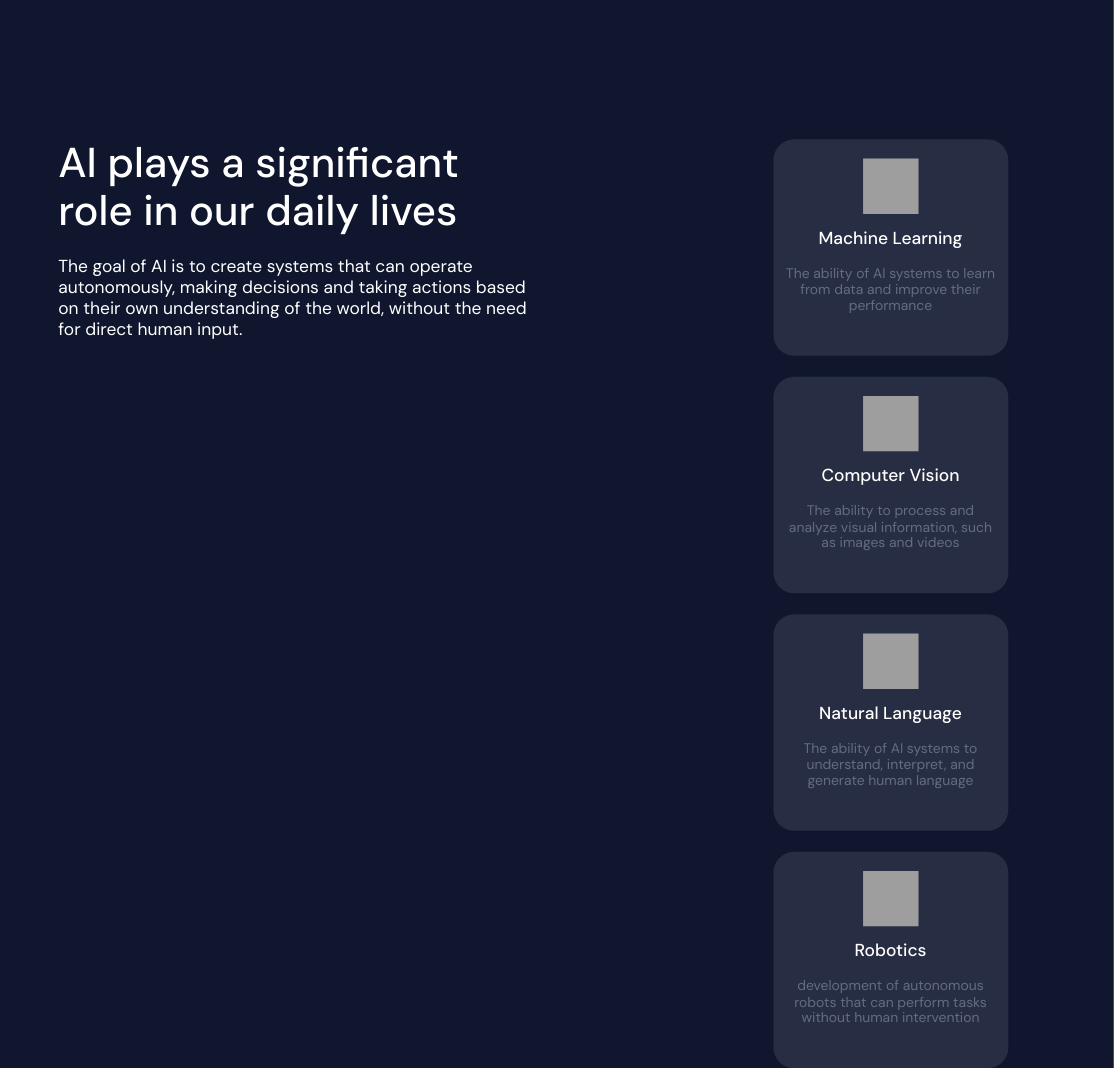
Repository: guli95/four-areas-of-AI-INVO-ACAdemy
Page: /
An editor plug-in stored every save of this project. The page is shown before and after a run of saves, followed by the edit.
The browser window is 1280 px wide. The pictures show the whole page, at 87% of full size.
Pictures or frames that could not be fetched are drawn as grey boxes. The project was rebuilt for these pictures with package versions that can differ from the ones it lists, and the page was loaded fresh each time.

Above is the page before, as saved 2023-03-13 15:46:10.

After the next 2 saves:
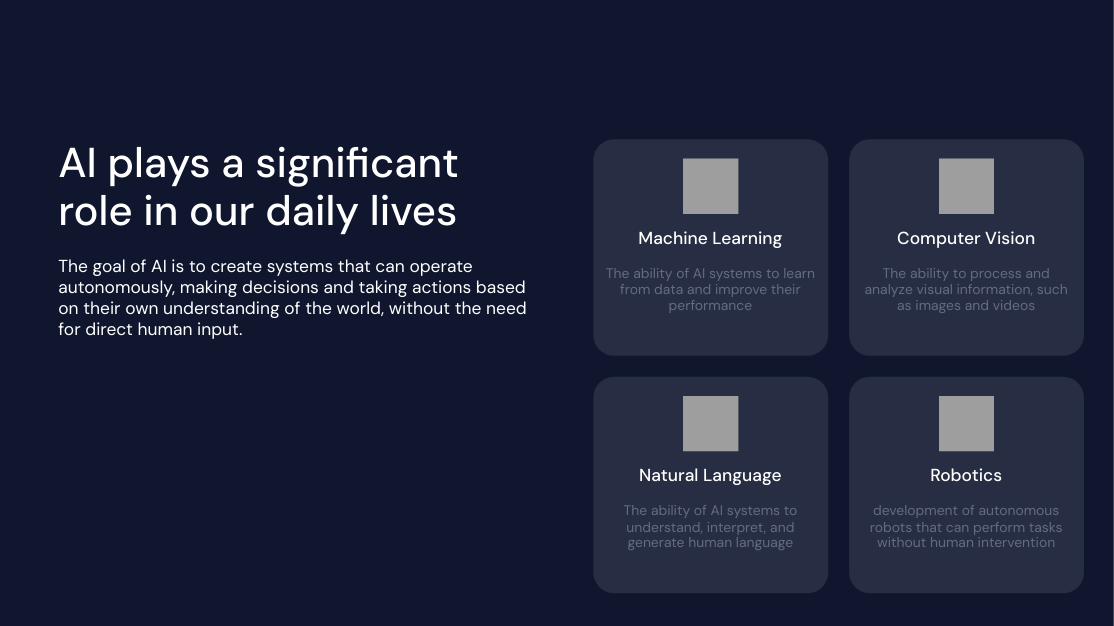
The 2 saves are shown as one change because they came seconds apart.
The last was saved 9 s later.
--- a/src/pages/home-page/styles/home-page.scss
+++ b/src/pages/home-page/styles/home-page.scss
@@ -13,7 +13,7 @@
     display: flex;
     justify-content: center;
     margin: 160px auto 0 auto;
-    gap: 120px;
+    gap: 0px;
     @media screen and (max-width:1024px) {
         flex-direction:column;
         align-items: center;
